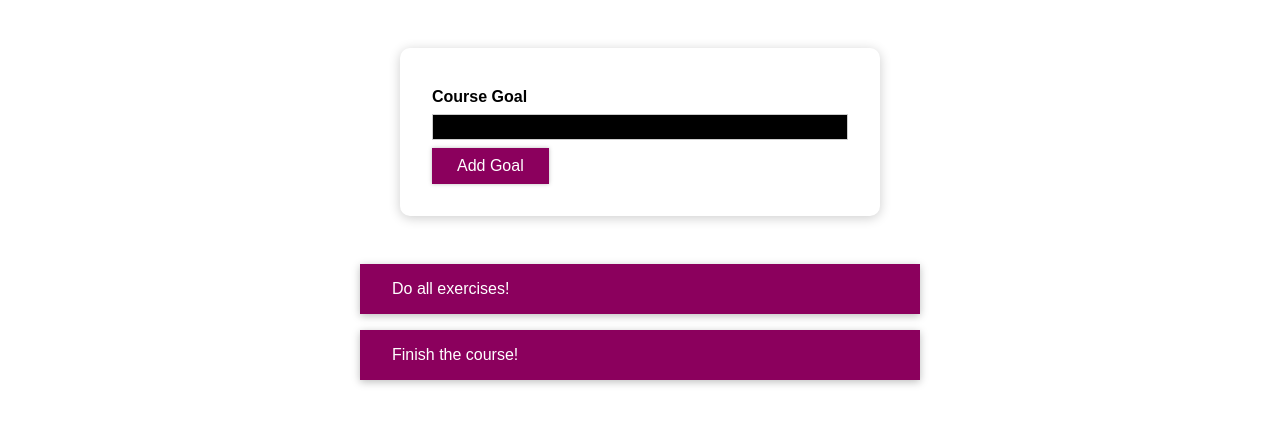
Repository: sohan2503001/Task-adder
Page: /
These files come from the project's save history. The page is drawn as it stood at one moment and after the next save; the edit follows.
The browser window is 1280 px wide. The pictures show the whole page.
The project was rebuilt for these pictures with package versions that can differ from the ones it lists, and the page was loaded fresh each time.

Above is the page before, as saved 2021-04-22 21:45:12.

### src/components/CourseGoals/CourseInput/CourseInput.js
import React, { useState } from 'react';

import Button from '../../UI/Button/Button';
import './CourseInput.css';

const CourseInput = props => {
  const [enteredValue, setEnteredValue] = useState('');
  const [isValid, setIsValid] = useState(true);

  const goalInputChangeHandler = event => {
    setEnteredValue(event.target.value);
  };

  const formSubmitHandler = event => {
    event.preventDefault();
    if(enteredValue.trim().length === 0){
      setIsValid(false);
      return;
    }
    props.onAddGoal(enteredValue);
  };

  return (
    <form onSubmit={formSubmitHandler}>
      <div className="form-control">
        <label style={{color: !isValid ? 'red' : 'black'}}>Course Goal</label>
        <input style={{backgroundColor: !isValid ? 'red' : 'black'}} type="text" onChange={goalInputChangeHandler} />
      </div>
      <Button type="submit">Add Goal</Button>
    </form>
  );
};

export default CourseInput;

Loaded but not shown: public/index.html (common file); src/index.js (common file); src/index.css (common file); src/App.js (common file); src/components/CourseGoals/CourseGoalList/CourseGoalList.js (common file); src/App.css (common file); src/components/CourseGoals/CourseGoalItem/CourseGoalItem.js (common file); src/components/CourseGoals/CourseGoalList/CourseGoalList.css (common file); src/components/UI/Button/Button.js (common file); src/components/CourseGoals/CourseInput/CourseInput.css (common file); src/components/CourseGoals/CourseGoalItem/CourseGoalItem.css (common file); src/components/UI/Button/Button.css (common file)

After the next save:
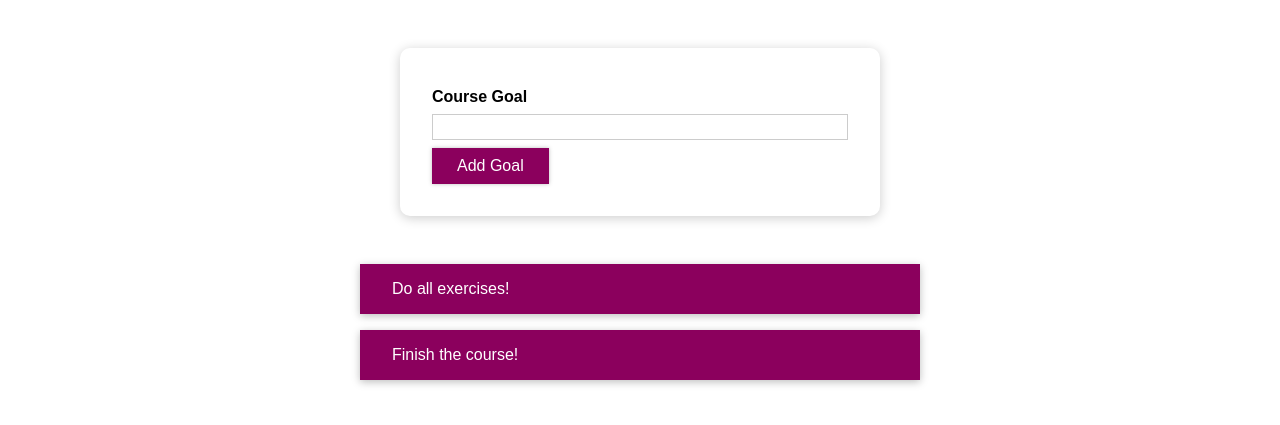
Saved 5 s later.
--- a/src/components/CourseGoals/CourseInput/CourseInput.js
+++ b/src/components/CourseGoals/CourseInput/CourseInput.js
@@ -24,7 +24,7 @@ const CourseInput = props => {
     <form onSubmit={formSubmitHandler}>
       <div className="form-control">
         <label style={{color: !isValid ? 'red' : 'black'}}>Course Goal</label>
-        <input style={{backgroundColor: !isValid ? 'red' : 'black'}} type="text" onChange={goalInputChangeHandler} />
+        <input style={{backgroundColor: !isValid ? 'red' : 'white'}} type="text" onChange={goalInputChangeHandler} />
       </div>
       <Button type="submit">Add Goal</Button>
     </form>
